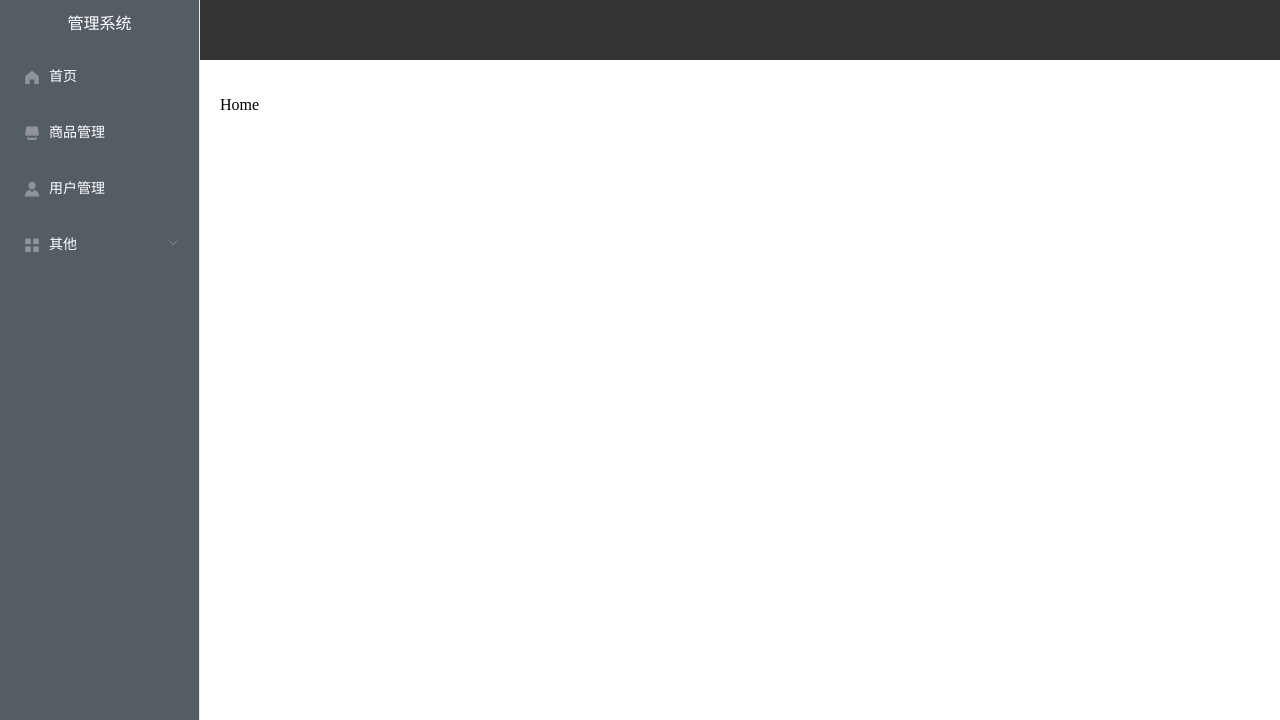
Repository: tkqi/manage
Page: /#/
These files come from the project's save history. The page is drawn as it stood at one moment and after the next save; the edit follows.
The browser window is 1280 px wide. The pictures show the whole page.
The project was rebuilt for these pictures with package versions that can differ from the ones it lists, and the page was loaded fresh each time. Also part of the build but not shown: vue.config.js.

Above is the page before, as saved 2023-12-01 16:02:11.

After the next save:
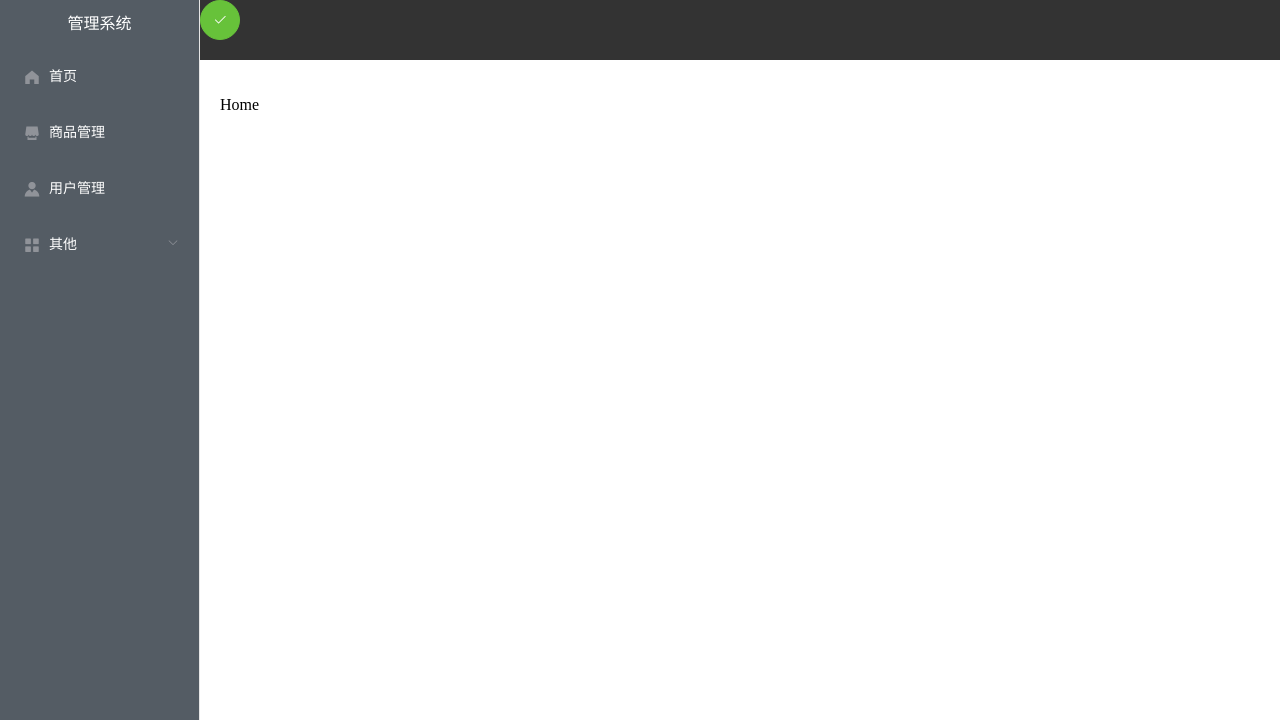
Saved 94 s later.
--- a/src/components/topbar.vue
+++ b/src/components/topbar.vue
@@ -1,28 +1,24 @@
 <!-- eslint-disable vue/multi-word-component-names -->
 <template>
     <div class="head-container">
-        <div class="l-content"></div>
+        <div class="l-content"> <el-button type="success" icon="el-icon-check" circle></el-button></div>
         <div class="r-content"></div>
     </div>
 </template>
 
 <script>
-export default{
+export default {
 
 }
 </script>
 
 <style lang="less" scoped>
-.head-container{
+.head-container {
     background-color: #333;
     height: 60px;
 }
 
-.l-content{
+.l-content {}
 
-}
-
-.r-content{
-
-}
+.r-content {}
 </style>
